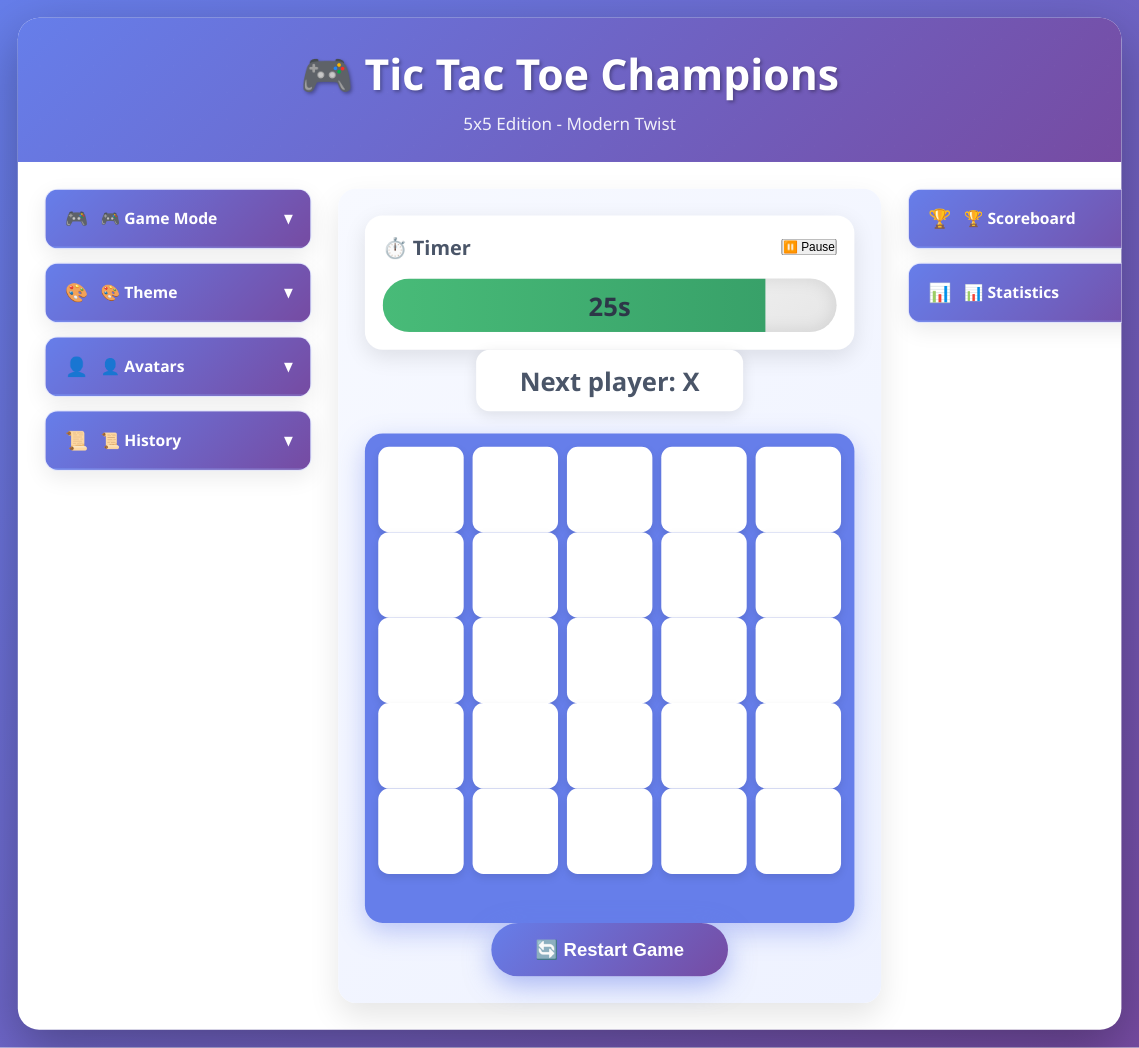
Repository: sofia123776/TIC-TAC-TOE
Page: /
These files come from the project's save history. The page is drawn as it stood at one moment and after the next save; the edit follows.
The browser window is 1280 px wide. The pictures show the whole page, at 89% of full size.
The project was rebuilt for these pictures with package versions that can differ from the ones it lists, and the page was loaded fresh each time. Also part of the build but not shown: vite.config.js.

Above is the page before, as saved 2025-12-09 17:49:21.

### index.html
<!doctype html>
<html lang="en">
  <head>
    <meta charset="UTF-8" />
    <link rel="icon" type="image/svg+xml" href="/vite.svg" />
    <meta name="viewport" content="width=device-width, initial-scale=1.0" />
    <title>tic-tac-toe</title>
  </head>
  <body>
    <div id="root"></div>
    <script type="module" src="/src/main.jsx"></script>
  </body>
</html>

### src/main.jsx
// src/main.jsx
import React from 'react'
import ReactDOM from 'react-dom/client'
import App from './App'
import './App.css'

ReactDOM.createRoot(document.getElementById('root')).render(
  <React.StrictMode>
    <App />
  </React.StrictMode>
)

### src/App.css
/* ===== RESET & BASE ===== */
* {
  margin: 0;
  padding: 0;
  box-sizing: border-box;
}

body {
  font-family: 'Segoe UI', Tahoma, Geneva, Verdana, sans-serif;
  background: linear-gradient(135deg, #667eea 0%, #764ba2 100%);
  min-height: 100vh;
  padding: 20px;
}

/* ===== MAIN CONTAINER ===== */
.game-container {
  max-width: 1400px;
  margin: 0 auto;
  background: white;
  border-radius: 24px;
  box-shadow: 0 20px 60px rgba(0, 0, 0, 0.3);
  overflow: hidden;
  min-height: 90vh;
}

/* ===== HEADER ===== */
.game-header {
  background: linear-gradient(135deg, #667eea 0%, #764ba2 100%);
  color: white;
  padding: 30px 40px;
  text-align: center;
  position: relative;
  overflow: hidden;
}

.game-header::before {
  content: '';
  position: absolute;
  top: -50%;
  left: -50%;
  width: 200%;
  height: 200%;
  background: radial-gradient(circle, rgba(255,255,255,0.1) 1px, transparent 1px);
  background-size: 30px 30px;
  opacity: 0.3;
}

.game-title {
  font-size: 3rem;
  font-weight: 800;
  margin-bottom: 10px;
  text-shadow: 2px 2px 4px rgba(0,0,0,0.3);
  position: relative;
  z-index: 1;
}

.header-subtitle {
  font-size: 1.2rem;
  opacity: 0.9;
  position: relative;
  z-index: 1;
}

/* ===== GAME CONTENT LAYOUT ===== */
.game-content {
  display: grid;
  grid-template-columns: 300px 1fr 300px;
  gap: 30px;
  padding: 30px;
  min-height: 700px;
}

/* ===== SIDEBARS ===== */
.sidebar {
  display: flex;
  flex-direction: column;
  gap: 15px;
}

/* ===== SIDEBAR PANELS ===== */
.sidebar-panel {
  background: #f8f9ff;
  border-radius: 15px;
  overflow: hidden;
  box-shadow: 0 8px 25px rgba(0, 0, 0, 0.08);
  border: 1px solid rgba(102, 126, 234, 0.1);
  transition: all 0.3s ease;
}

.sidebar-panel.closed {
  background: #f0f2ff;
}

.panel-header {
  padding: 18px 20px;
  display: flex;
  align-items: center;
  cursor: pointer;
  background: linear-gradient(135deg, #667eea 0%, #764ba2 100%);
  color: white;
  border-bottom: 2px solid rgba(255, 255, 255, 0.1);
  transition: all 0.3s;
}

.panel-header:hover {
  background: linear-gradient(135deg, #5a6fd8 0%, #6a4290 100%);
  padding-left: 25px;
}

.panel-icon {
  font-size: 1.3rem;
  margin-right: 12px;
  width: 30px;
  text-align: center;
}

.panel-title {
  flex: 1;
  font-weight: 700;
  font-size: 1.1rem;
}

.panel-toggle {
  font-size: 0.9rem;
  transition: transform 0.3s;
}

.sidebar-panel.open .panel-toggle {
  transform: rotate(180deg);
}

.panel-content {
  padding: 20px;
  max-height: 400px;
  overflow-y: auto;
  animation: slideDown 0.3s ease;
}

@keyframes slideDown {
  from {
    opacity: 0;
    transform: translateY(-10px);
  }
  to {
    opacity: 1;
    transform: translateY(0);
  }
}

/* ===== GAME MODE SECTION ===== */
.game-mode-selector {
  display: flex;
  flex-direction: column;
  gap: 12px;
  margin-bottom: 20px;
}

.mode-option {
  display: flex;
  align-items: center;
  gap: 15px;
  padding: 15px;
  background: white;
  border: 2px solid #e2e8f0;
  border-radius: 12px;
  cursor: pointer;
  transition: all 0.3s;
}

.mode-option:hover {
  border-color: #667eea;
  transform: translateX(5px);
}

.mode-option.active {
  background: linear-gradient(135deg, #667eea15 0%, #764ba215 100%);
  border-color: #667eea;
  box-shadow: 0 4px 15px rgba(102, 126, 234, 0.2);
}

.mode-icon {
  font-size: 1.5rem;
  width: 40px;
  height: 40px;
  display: flex;
  align-items: center;
  justify-content: center;
  background: linear-gradient(135deg, #667eea 0%, #764ba2 100%);
  color: white;
  border-radius: 10px;
}

/* ===== AI SETTINGS ===== */
.ai-settings {
  border-top: 2px solid #e2e8f0;
  padding-top: 20px;
  margin-top: 20px;
}

.setting-group {
  margin-bottom: 25px;
}

.setting-title {
  font-size: 1rem;
  color: #4a5568;
  margin-bottom: 12px;
  font-weight: 600;
}

.difficulty-options {
  display: flex;
  flex-direction: column;
  gap: 8px;
}

.difficulty-option {
  display: flex;
  align-items: center;
  gap: 10px;
  padding: 12px 15px;
  background: white;
  border: 2px solid #e2e8f0;
  border-radius: 10px;
  cursor: pointer;
  transition: all 0.3s;
}

.difficulty-option:hover {
  border-color: #667eea;
}

.difficulty-option.active {
  background: linear-gradient(135deg, #667eea10 0%, #764ba210 100%);
  border-color: #667eea;
}

.difficulty-dot {
  width: 12px;
  height: 12px;
  border-radius: 50%;
  margin-right: 5px;
}

.difficulty-dot.easy {
  background: #48bb78;
}

.difficulty-dot.medium {
  background: #ed8936;
}

.difficulty-dot.hard {
  background: #f56565;
}

.player-options {
  display: flex;
  gap: 10px;
}

.player-option {
  flex: 1;
  display: flex;
  flex-direction: column;
  align-items: center;
  padding: 15px;
  background: white;
  border: 2px solid #e2e8f0;
  border-radius: 12px;
  cursor: pointer;
  transition: all 0.3s;
  position: relative;
}

.player-option:hover {
  border-color: #667eea;
}

.player-option.active {
  background: linear-gradient(135deg, #667eea10 0%, #764ba210 100%);
  border-color: #667eea;
}

.option-avatar {
  width: 50px;
  height: 50px;
  border-radius: 50%;
  object-fit: cover;
  margin-bottom: 8px;
  border: 2px solid #e2e8f0;
}

.player-option.active .option-avatar {
  border-color: #667eea;
}

.player-badge {
  position: absolute;
  top: 8px;
  right: 8px;
  background: #48bb78;
  color: white;
  font-size: 0.7rem;
  padding: 2px 8px;
  border-radius: 10px;
}

.ai-info {
  margin-top: 20px;
  padding: 15px;
  background: #f0f7ff;
  border-radius: 10px;
  border-left: 4px solid #4299e1;
}

.ai-description {
  font-size: 0.9rem;
  color: #4a5568;
  text-align: center;
}

/* ===== THEME SELECTOR ===== */
.theme-options {
  display: flex;
  flex-direction: column;
  gap: 12px;
}

.theme-option {
  display: flex;
  align-items: center;
  gap: 15px;
  padding: 15px;
  background: white;
  border: 2px solid #e2e8f0;
  border-radius: 12px;
  cursor: pointer;
  transition: all 0.3s;
}

.theme-option:hover {
  transform: translateX(5px);
}

.theme-option.active {
  border-color: #667eea;
  box-shadow: 0 4px 15px rgba(102, 126, 234, 0.2);
}

.theme-preview {
  width: 40px;
  height: 40px;
  border-radius: 8px;
  border: 2px solid #e2e8f0;
}

.theme-preview.cyberpunk {
  background: linear-gradient(135deg, #0f0c29, #302b63);
}

.theme-preview.neon {
  background: linear-gradient(135deg, #000000, #1a1a2e);
}

.theme-preview.sunset {
  background: linear-gradient(135deg, #ff6b6b, #556270);
}

/* ===== MAIN GAME AREA ===== */
.main-game-area {
  display: flex;
  flex-direction: column;
  align-items: center;
  justify-content: center;
  gap: 25px;
}

.game-board-wrapper {
  background: linear-gradient(135deg, #f7f9ff 0%, #eef2ff 100%);
  padding: 30px;
  border-radius: 20px;
  box-shadow: 0 15px 35px rgba(0, 0, 0, 0.1);
  width: 100%;
  max-width: 700px;
}

/* ===== TIMER IN MAIN AREA ===== */
.timer-display-main {
  background: white;
  border-radius: 20px;
  padding: 20px;
  box-shadow: 0 8px 25px rgba(0, 0, 0, 0.1);
  width: 100%;
  max-width: 700px;
}

.timer-header {
  display: flex;
  justify-content: space-between;
  align-items: center;
  margin-bottom: 20px;
}

.timer-header h3 {
  font-size: 1.4rem;
  color: #4a5568;
  display: flex;
  align-items: center;
  gap: 10px;
}

.timer-circle-main {
  position: relative;
  width: 100%;
  height: 60px;
  border-radius: 30px;
  background: linear-gradient(145deg, #ffffff, #e6e6e6);
  box-shadow: inset 0 0 20px rgba(0, 0, 0, 0.1);
  overflow: hidden;
}

.timer-circle-main.warning {
  background: linear-gradient(145deg, #fff5f5, #fed7d7);
}

.timer-value {
  position: absolute;
  top: 50%;
  left: 50%;
  transform: translate(-50%, -50%);
  font-size: 1.8rem;
  font-weight: 800;
  color: #2d3748;
  z-index: 2;
}

.timer-progress {
  position: absolute;
  top: 0;
  left: 0;
  height: 100%;
  background: linear-gradient(to right, #48bb78, #38a169);
  transition: width 1s linear;
}

.timer-circle-main.warning .timer-progress {
  background: linear-gradient(to right, #f56565, #e53e3e);
}

/* ===== 5x5 GAME BOARD - FIXED ===== */
.board-container {
  display: flex;
  flex-direction: column;
  align-items: center;
  gap: 25px;
}

.status {
  font-size: 1.8rem;
  font-weight: 700;
  color: #4a5568;
  text-align: center;
  padding: 15px 30px;
  background: white;
  border-radius: 15px;
  box-shadow: 0 4px 15px rgba(0, 0, 0, 0.1);
  min-width: 300px;
}

.status.winner {
  background: linear-gradient(135deg, #48bb78, #38a169);
  color: white;
  animation: pulse 2s infinite;
}

@keyframes pulse {
  0%, 100% { transform: scale(1); }
  50% { transform: scale(1.05); }
}

.board-grid {
  display: grid;
  grid-template-columns: repeat(5, 1fr);
  grid-template-rows: repeat(5, 1fr);
  gap: 10px;
  background: #667eea;
  padding: 15px;
  border-radius: 20px;
  box-shadow: 0 10px 30px rgba(102, 126, 234, 0.4);
  width: 550px;
  height: 550px;
}

.square {
  background: white;
  border: none;
  border-radius: 12px;
  display: flex;
  align-items: center;
  justify-content: center;
  cursor: pointer;
  transition: all 0.3s;
  box-shadow: 0 4px 10px rgba(0, 0, 0, 0.1);
  width: 100%;
  height: 100%;
  min-width: 0;
  min-height: 0;
}

.square:hover {
  background: #f7fafc;
  transform: scale(1.05);
  box-shadow: 0 6px 20px rgba(0, 0, 0, 0.15);
}

.square.highlight {
  background: linear-gradient(135deg, #f6e05e, #d69e2e);
  animation: highlight-pulse 1.5s infinite;
}

@keyframes highlight-pulse {
  0%, 100% { box-shadow: 0 0 20px rgba(246, 224, 94, 0.6); }
  50% { box-shadow: 0 0 30px rgba(246, 224, 94, 0.9); }
}

.avatar-img {
  width: 60px;
  height: 60px;
  border-radius: 50%;
  object-fit: cover;
  border: 3px solid #e2e8f0;
}

/* ===== AI INDICATOR ===== */
.ai-indicator {
  background: white;
  border-radius: 15px;
  padding: 15px;
  margin-bottom: 20px;
  box-shadow: 0 4px 15px rgba(0, 0, 0, 0.1);
}

.ai-labels {
  display: flex;
  justify-content: space-between;
  align-items: center;
}

.ai-label {
  flex: 1;
  text-align: center;
  padding: 10px;
  border-radius: 10px;
  font-weight: 600;
  font-size: 1.1rem;
}

.ai-label.ai {
  background: linear-gradient(135deg, #f5656510 0%, #e53e3e10 100%);
  color: #e53e3e;
}

.ai-label.human {
  background: linear-gradient(135deg, #48bb7810 0%, #38a16910 100%);
  color: #38a169;
}

.ai-label-vs {
  padding: 0 20px;
  font-weight: 700;
  color: #4a5568;
}

/* ===== ACTION BUTTONS ===== */
.action-buttons {
  display: flex;
  justify-content: center;
  width: 100%;
  max-width: 700px;
}

.restart-btn-main {
  padding: 18px 50px;
  font-size: 1.3rem;
  font-weight: 700;
  background: linear-gradient(135deg, #667eea 0%, #764ba2 100%);
  color: white;
  border: none;
  border-radius: 50px;
  cursor: pointer;
  transition: all 0.3s;
  box-shadow: 0 10px 30px rgba(102, 126, 234, 0.5);
}

.restart-btn-main:hover {
  transform: scale(1.05);
  box-shadow: 0 15px 40px rgba(102, 126, 234, 0.7);
}

/* ===== AVATAR SELECTION - FIXED ===== */
.avatar-selection-grid {
  display: flex;
  flex-direction: column;
  gap: 25px;
}

.avatar-selector-compact {
  display: flex;
  flex-direction: column;
  align-items: center;
  gap: 15px;
  padding: 15px;
  background: white;
  border-radius: 15px;
  border: 2px solid #e2e8f0;
}

.player-label {
  font-weight: 700;
  color: #4a5568;
  font-size: 1.1rem;
  text-transform: uppercase;
  letter-spacing: 1px;
  text-align: center;
  width: 100%;
  padding-bottom: 10px;
  border-bottom: 2px solid #e2e8f0;
}

.current-avatar {
  width: 80px;
  height: 80px;
  border-radius: 50%;
  overflow: hidden;
  border: 4px solid #667eea;
  box-shadow: 0 4px 15px rgba(102, 126, 234, 0.3);
}

.current-avatar img {
  width: 100%;
  height: 100%;
  object-fit: cover;
  display: block;
}

.avatar-options-compact {
  display: flex;
  flex-wrap: wrap;
  gap: 10px;
  justify-content: center;
}

.avatar-option-compact {
  width: 50px;
  height: 50px;
  border-radius: 50%;
  overflow: hidden;
  cursor: pointer;
  border: 3px solid #cbd5e0;
  transition: all 0.3s;
  flex-shrink: 0;
}

.avatar-option-compact:hover {
  transform: scale(1.1);
  border-color: #667eea;
}

.avatar-option-compact.selected {
  border-color: #48bb78;
  transform: scale(1.15);
  box-shadow: 0 4px 15px rgba(72, 187, 120, 0.4);
}

.avatar-option-compact img {
  width: 100%;
  height: 100%;
  object-fit: cover;
  display: block;
}

/* ===== SCOREBOARD ===== */
.scoreboard-cards {
  display: flex;
  flex-direction: column;
  gap: 15px;
}

.score-card {
  display: flex;
  align-items: center;
  gap: 20px;
  padding: 20px;
  background: white;
  border-radius: 15px;
  box-shadow: 0 4px 15px rgba(0, 0, 0, 0.08);
  transition: transform 0.3s;
}

.score-card:hover {
  transform: translateY(-3px);
}

.player-x-score {
  border-left: 5px solid #f56565;
}

.player-o-score {
  border-left: 5px solid #4299e1;
}

.draws-score {
  border-left: 5px solid #ed8936;
}

.score-avatar {
  width: 60px;
  height: 60px;
  border-radius: 50%;
  overflow: hidden;
  flex-shrink: 0;
  position: relative;
}

.score-avatar img {
  width: 100%;
  height: 100%;
  object-fit: cover;
  display: block;
}

.ai-badge {
  position: absolute;
  bottom: -5px;
  right: -5px;
  background: #f56565;
  color: white;
  width: 25px;
  height: 25px;
  border-radius: 50%;
  display: flex;
  align-items: center;
  justify-content: center;
  font-size: 0.8rem;
  border: 2px solid white;
}

.score-info {
  flex: 1;
}

.score-info h4 {
  font-size: 1.1rem;
  color: #4a5568;
  margin-bottom: 5px;
}

.score-value {
  font-size: 2.5rem;
  font-weight: 800;
  color: #2d3748;
  line-height: 1;
}

.score-label {
  font-size: 0.9rem;
  color: #a0aec0;
  margin-top: 2px;
}

/* ===== PLAYER STATISTICS ===== */
.player-tabs {
  display: flex;
  gap: 10px;
  margin-bottom: 20px;
}

.player-tab {
  flex: 1;
  display: flex;
  flex-direction: column;
  align-items: center;
  gap: 8px;
  padding: 15px;
  background: white;
  border-radius: 15px;
  cursor: pointer;
  transition: all 0.3s;
  border: 2px solid #e2e8f0;
}

.player-tab:hover {
  border-color: #667eea;
}

.player-tab.active {
  background: linear-gradient(135deg, #667eea 0%, #764ba2 100%);
  color: white;
  border-color: #667eea;
  transform: translateY(-2px);
  box-shadow: 0 6px 20px rgba(102, 126, 234, 0.4);
}

.tab-avatar {
  width: 40px;
  height: 40px;
  border-radius: 50%;
  object-fit: cover;
}

.player-tab.active .tab-avatar {
  border: 2px solid white;
}

.stats-grid {
  display: grid;
  grid-template-columns: repeat(2, 1fr);
  gap: 15px;
  margin-bottom: 20px;
}

.stat-box {
  background: white;
  border-radius: 15px;
  padding: 15px;
  display: flex;
  align-items: center;
  gap: 15px;
  box-shadow: 0 4px 12px rgba(0, 0, 0, 0.05);
}

.stat-icon {
  font-size: 2rem;
  width: 50px;
  height: 50px;
  display: flex;
  align-items: center;
  justify-content: center;
  background: linear-gradient(135deg, #667eea 0%, #764ba2 100%);
  color: white;
  border-radius: 12px;
}

.stat-content {
  flex: 1;
}

.stat-value {
  font-size: 1.5rem;
  font-weight: 800;
  color: #2d3748;
  line-height: 1;
}

.stat-label {
  font-size: 0.8rem;
  color: #a0aec0;
  margin-top: 10px;
}

.detailed-stats {
  background: white;
  border-radius: 15px;
  padding: 20px;
  box-shadow: 0 4px 12px rgba(0, 0, 0, 0.05);
}

.detailed-stat {
  display: flex;
  justify-content: space-between;
  align-items: center;
  padding: 10px 0;
  border-bottom: 1px solid #e2e8f0;
}

.detailed-stat:last-child {
  border-bottom: none;
}

.stat-number {
  font-weight: 700;
  font-size: 1.2rem;
}

.stat-number.win {
  color: #48bb78;
}

.stat-number.loss {
  color: #f56565;
}

.player-stats {
  display: none;
}

.player-stats.active {
  display: block;
  animation: fadeIn 0.5s ease;
}

@keyframes fadeIn {
  from { opacity: 0; transform: translateY(10px); }
  to { opacity: 1; transform: translateY(0); }
}

/* ===== AI THINKING INDICATOR ===== */
.ai-thinking-indicator {
  position: fixed;
  top: 0;
  left: 0;
  right: 0;
  bottom: 0;
  background: rgba(0, 0, 0, 0.8);
  display: flex;
  align-items: center;
  justify-content: center;
  z-index: 1000;
  backdrop-filter: blur(10px);
}

.ai-thinking-content {
  background: white;
  padding: 40px;
  border-radius: 20px;
  text-align: center;
  box-shadow: 0 20px 60px rgba(0, 0, 0, 0.4);
  animation: popIn 0.6s cubic-bezier(0.68, -0.55, 0.265, 1.55);
}

.thinking-dots {
  font-size: 3rem;
  margin-bottom: 15px;
}

.thinking-dots .dot {
  animation: blink 1.5s infinite;
  opacity: 0;
}

.thinking-dots .dot:nth-child(2) { animation-delay: 0.2s; }
.thinking-dots .dot:nth-child(3) { animation-delay: 0.4s; }

@keyframes blink {
  0%, 100% { opacity: 0.2; }
  50% { opacity: 1; }
}

.ai-thinking-content p {
  font-size: 1.2rem;
  color: #4a5568;
  font-weight: 600;
}

/* ===== GAME OVER POPUP ===== */
.game-over-overlay {
  position: fixed;
  top: 0;
  left: 0;
  right: 0;
  bottom: 0;
  background: rgba(0, 0, 0, 0.8);
  display: flex;
  justify-content: center;
  align-items: center;
  z-index: 1000;
  backdrop-filter: blur(10px);
}

.game-over-box {
  background: white;
  padding: 50px;
  border-radius: 30px;
  text-align: center;
  max-width: 500px;
  width: 90%;
  box-shadow: 0 30px 60px rgba(0, 0, 0, 0.4);
  animation: popIn 0.6s cubic-bezier(0.68, -0.55, 0.265, 1.55);
}

@keyframes popIn {
  0% {
    opacity: 0;
    transform: scale(0.5) rotate(-10deg);
  }
  100% {
    opacity: 1;
    transform: scale(1) rotate(0deg);
  }
}

.celebration {
  font-size: 4rem;
  margin-bottom: 20px;
  animation: bounce 2s infinite;
}

@keyframes bounce {
  0%, 100% { transform: translateY(0); }
  50% { transform: translateY(-20px); }
}

.game-over-box h2 {
  font-size: 2.5rem;
  color: #2d3748;
  margin-bottom: 15px;
}

.ai-result-message {
  background: linear-gradient(135deg, #667eea10 0%, #764ba210 100%);
  padding: 15px;
  border-radius: 15px;
  margin: 20px 0;
  font-size: 1.2rem;
  color: #4a5568;
}

.ai-difficulty-tag {
  display: inline-block;
  background: #667eea;
  color: white;
  padding: 5px 15px;
  border-radius: 20px;
  font-size: 0.9rem;
  margin-top: 8px;
}

.popup-message {
  font-size: 1.2rem;
  color: #718096;
  margin-bottom: 30px;
}

.restart-btn {
  padding: 18px 50px;
  font-size: 1.3rem;
  font-weight: 700;
  background: linear-gradient(135deg, #667eea 0%, #764ba2 100%);
  color: white;
  border: none;
  border-radius: 50px;
  cursor: pointer;
  transition: all 0.3s;
  box-shadow: 0 10px 30px rgba(102, 126, 234, 0.5);
}

.restart-btn:hover {
  transform: scale(1.05);
  box-shadow: 0 15px 40px rgba(102, 126, 234, 0.7);
}

/* ===== RESPONSIVE DESIGN ===== */
@media (max-width: 1200px) {
  .game-content {
    grid-template-columns: 280px 1fr 280px;
  }

  .board-grid {
    width: 500px;
    height: 500px;
  }
}

@media (max-width: 1100px) {
  .game-content {
    grid-template-columns: 250px 1fr 250px;
  }

  .board-grid {
    width: 450px;
    height: 450px;
  }

  .avatar-img {
    width: 50px;
    height: 50px;
  }
}

@media (max-width: 900px) {
  .game-content {
    grid-template-columns: 1fr;
    grid-template-rows: auto auto;
    gap: 20px;
  }

  .sidebar {
    flex-direction: row;
    flex-wrap: wrap;
  }

  .sidebar-panel {
    flex: 1;
    min-width: 300px;
  }

  .main-game-area {
    order: 1;
  }

  .left-sidebar {
    order: 2;
  }

  .right-sidebar {
    order: 3;
  }

  .board-grid {
    width: 400px;
    height: 400px;
  }
}

@media (max-width: 600px) {
  .game-content {
    padding: 15px;
  }

  .sidebar-panel {
    min-width: 100%;
  }

  .board-grid {
    width: 350px;
    height: 350px;
    gap: 30px;
    padding: 10px;
  }

  .avatar-img {
    width: 40px;
    height: 40px;
  }

  .stats-grid {
    grid-template-columns: 1fr;
  }

  .game-title {
    font-size: 2rem;
  }

  .header-subtitle {
    font-size: 1rem;
  }

  .timer-value {
    font-size: 1.5rem;
  }

  .restart-btn-main {
    padding: 15px 30px;
    font-size: 1.1rem;
  }
}

Loaded but not shown: src/App.jsx (1070 lines, source omitted)

After the next save:
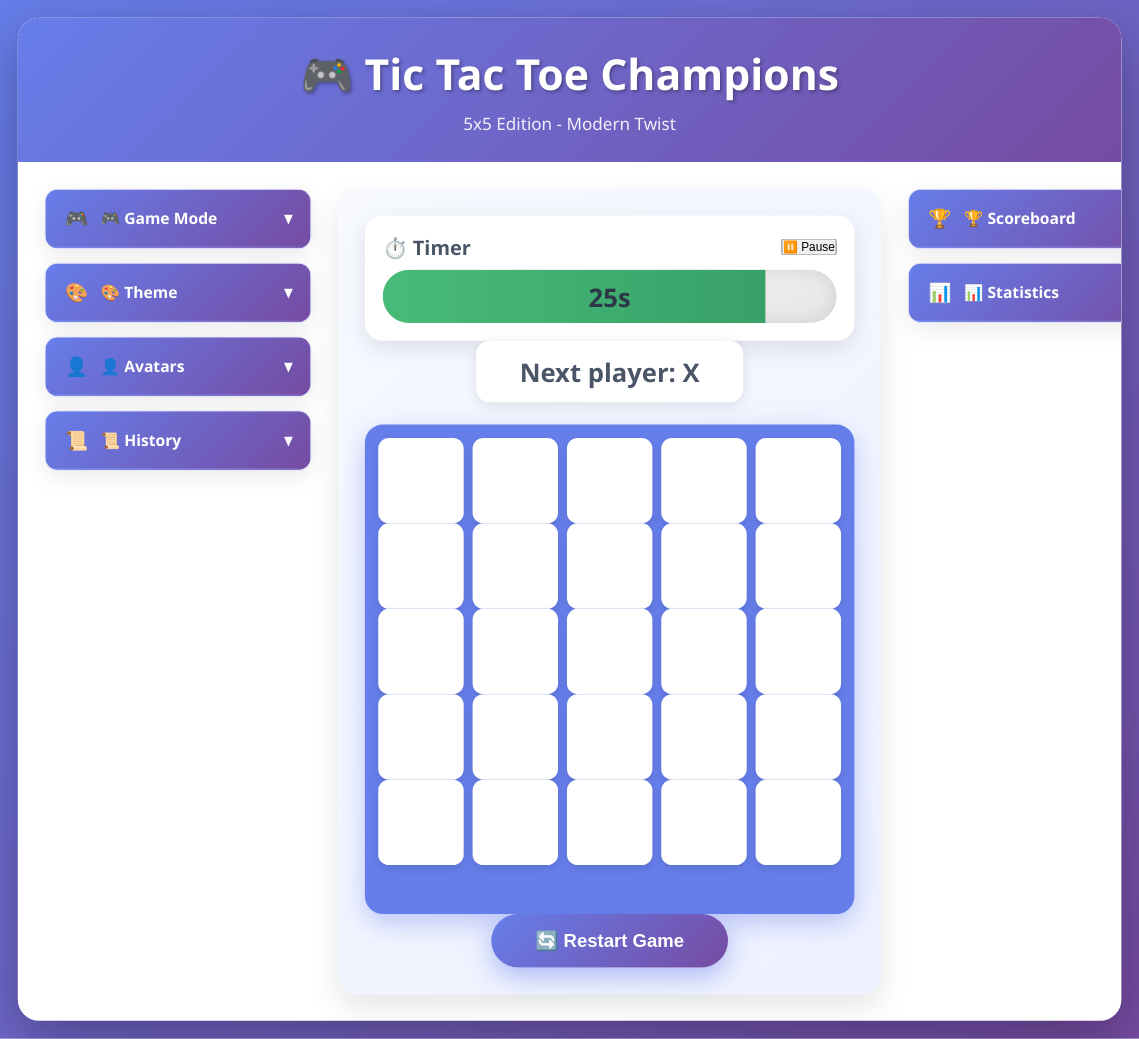
Saved 116 s later.
--- a/src/App.css
+++ b/src/App.css
@@ -399,7 +399,7 @@ body {
   display: flex;
   justify-content: space-between;
   align-items: center;
-  margin-bottom: 20px;
+  margin-bottom: 10px;
 }
 
 .timer-header h3 {
